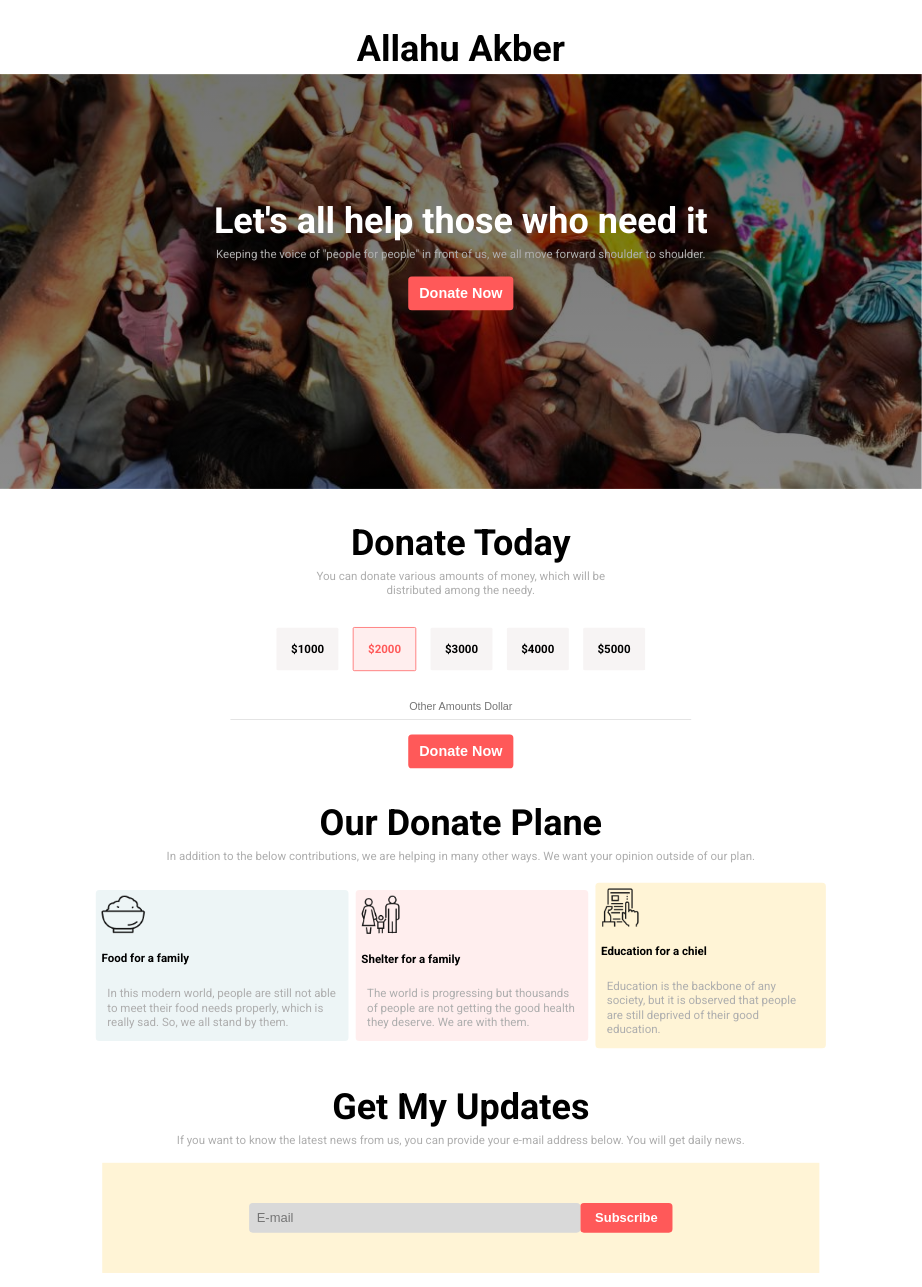
Repository: zjria/suppert-the-helpness
Page: index.html
These files come from the project's save history. The page is drawn as it stood at one moment and after the next save; the edit follows.
The browser window is 1280 px wide. The pictures show the whole page, at 72% of full size.

Above is the page before, as saved 2022-08-27 06:43:19.

### index.html
<!DOCTYPE html>
<html lang="en">

<head>
    <meta charset="UTF-8">
    <meta http-equiv="X-UA-Compatible" content="IE=edge">
    <meta name="viewport" content="width=device-width, initial-scale=1.0">
    <title>Support the helpless</title>
    <!-- Google Fonts -->
    <link rel="preconnect" href="https://fonts.googleapis.com">
    <link rel="preconnect" href="https://fonts.gstatic.com" crossorigin>
    <link href="https://fonts.googleapis.com/css2?family=Roboto:wght@100;300;400;500;700;900&display=swap"
        rel="stylesheet">
    <!-- Custom CSS -->
    <link rel="stylesheet" href="style.css">
</head>

<body>
    <h1>Allahu Akber</h1>
    <!-- Header Section -->
    <section class="header_section">
        <div class="header-text">
            <h1>Let's all help those who need it</h1>
            <p>Keeping the voice of "people for people" in front of us, we all move forward shoulder to shoulder.</p>
            <button class="button-style">Donate Now</button>
        </div>
    </section>
    <!-- Donate today Section -->
    <section class="donate-today">
        <h1>Donate Today</h1>
        <p>You can donate various amounts of money, which will be <br> distributed among the needy.</p>
        <div class="amounts">
            <div class="dollar">$1000</div>
            <div class="dollar" id="second">$2000</div>
            <div class="dollar">$3000</div>
            <div class="dollar">$4000</div>
            <div class="dollar">$5000</div>
        </div>
        <div class="input-field">
            <input type="text" placeholder="Other Amounts Dollar">
            <div class="line-style">
            </div>
            <button class="button-style">Donate Now</button>
        </div>
    </section>
    <!-- Our Donate Plane Section -->
    <section class="donate-lane">
        <h1>Our Donate Plane</h1>
        <p>In addition to the below contributions, we are helping in many other ways. We want your opinion outside of
            our plan.</p>

        <div class="our-plan">
            <div class="plane" id="plane-one">
                <img src="images/food.png" alt="">
                <h4>Food for a family</h4>
                <p>In this modern world, people are still not able to meet their food needs properly, which is really
                    sad. So, we all stand by them.
                </p>
            </div>
            <div class="plane" id="plane-tow">
                <img src="images/shelter.png" alt="">
                <h4>Shelter for a family</h4>
                <p>The world is progressing but thousands of people are not getting the good health they deserve. We are
                    with them.
                </p>
            </div>
            <div class="plane" id="plane-three">
                <img src="images/Frame-1.png" alt="">
                <h4>Education for a chiel</h4>
                <p>Education is the backbone of any society, but it is observed that people are still deprived of their
                    good education.
                </p>
            </div>
        </div>

    </section>
    <!-- Get my updates -->
    <section class="updates">
        <h1>Get My Updates</h1>
        <p>If you want to know the latest news from us, you can provide your e-mail address below. You will get daily
            news.</p>
        <div class="color">
            <label>
                <input type="email" id="email" pattern=".+@globex\.com" size="40" required placeholder="E-mail">
            </label>
            <button class="button">Subscribe</button>
        </div>
    </section>
</body>

</html>

### style.css
body {
    font-family: 'Roboto', sans-serif;
    margin: 0%;
    padding: 0%;
}

/* Header Section */
.header_section {
    background-image: linear-gradient(rgb(0, 0, 0, 0.55), rgb(0, 0, 0, 0.45)), url(images/header.jpg);
    background-position: center;
    background-size: cover;
    width: 100%;
    height: 80vh;
    color: white;
}

.header-text {
    margin: auto;
    justify-content: center;
    align-items: center;
    padding-top: 10%;
}

h1 {
    font-size: 50px;
    padding: 5px;
    margin-bottom: 1px;
    text-align: center;

}

p {
    font-size: 16px;
    padding: 2px;
    margin: 0px 0px 20px 0px;
    font: bolder;
    text-align: center;
    color: #aeaeae;
}

.button-style {
    font-size: 20px;
    padding: 12px 15px;
    background-color: #ff5959;
    color: white;
    border-radius: 5px;
    border: none;
    font-weight: 700;
    text-align: center;
    align-items: center;
    justify-content: center;
    margin: 0 auto;
    display: flex;
}


/* donate-today */
.amounts {
    display: flex;
    margin: auto;
    align-items: center;
    text-align: center;
    justify-content: center;
}

.dollar {
    padding: 20px;
    background: rgb(247, 244, 244);
    margin: 20px 10px 30px 10px;
    border-radius: 2px;
    font-weight: bold;
}

.dollar#second {
    border: 1px solid #ff5959;
    background: #ffeeee;
    transition: none;
    transform: none;
    color: #ff5959;
    font-weight: bold;
}

.input-field input {
    text-align: center;
    align-items: center;
    margin: 0 auto;
    display: flex;
    border: 0;
    padding: 10px 15px;
    width: 50%;
    font-size: 15px;
}

.input-field .line-style {
    width: 50%;
    text-align: center;
    align-items: center;
    margin: 0 auto;
    content: '';
    background-color: #dadada;
    color: #dadada;
    height: 1px;
    margin-bottom: 20px;
}

.our-plan {
    display: flex;
    width: 80%;
    text-align: center;
    justify-content: center;
    margin: 0 auto;
    align-items: center;

}

.plane,
.plane p {
    margin: 5px;
    text-align: start;
    padding: 8px;
    border-radius: 5px;
}

.plane p {
    margin: 0px;
    line-height: 20px;
}

.plane#plane-one {
    background-color: #edf5f6;
}

.plane#plane-tow {
    background-color: #ffeeee;
}

.plane#plane-three {
    background-color: #fff4d6;
}

.updates {
    margin: 20px 0px;
}

.color {
    background-color: #fff4d6;
    width: 70%;
    padding: 50px;
    text-align: center;
    justify-content: center;
    align-items: center;
    display: flex;
    margin: 0 auto;
}

.color input {
    background-color: #d9d9d9;
    padding: 10px 10px;
    border: none;
    border-radius: 5px;
    font-size: 18px;
}

input {
    margin: .4rem 0;
}

label {
    position: relative;
}

.color .button {
    font-size: 18px;
    padding: 10px 20px;
    background-color: #ff5959;
    color: white;
    border-radius: 5px;
    border: none;
    font-weight: 700;
    /* position: absolute; */
    left: -5px;

}

After the next save:
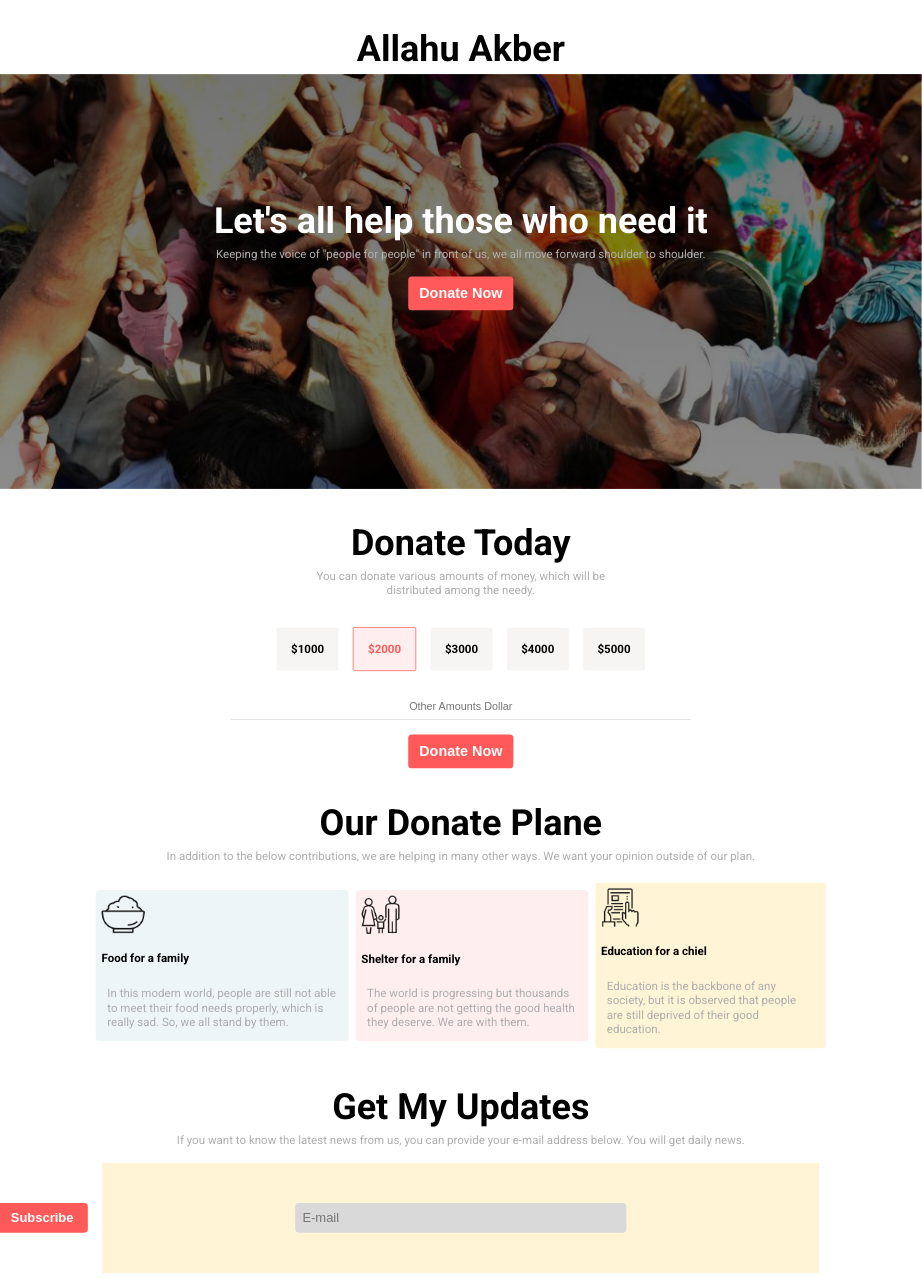
Saved 28 s later.
--- a/style.css
+++ b/style.css
@@ -177,7 +177,7 @@ label {
     border-radius: 5px;
     border: none;
     font-weight: 700;
-    /* position: absolute; */
+    position: absolute;
     left: -5px;
 
 }
